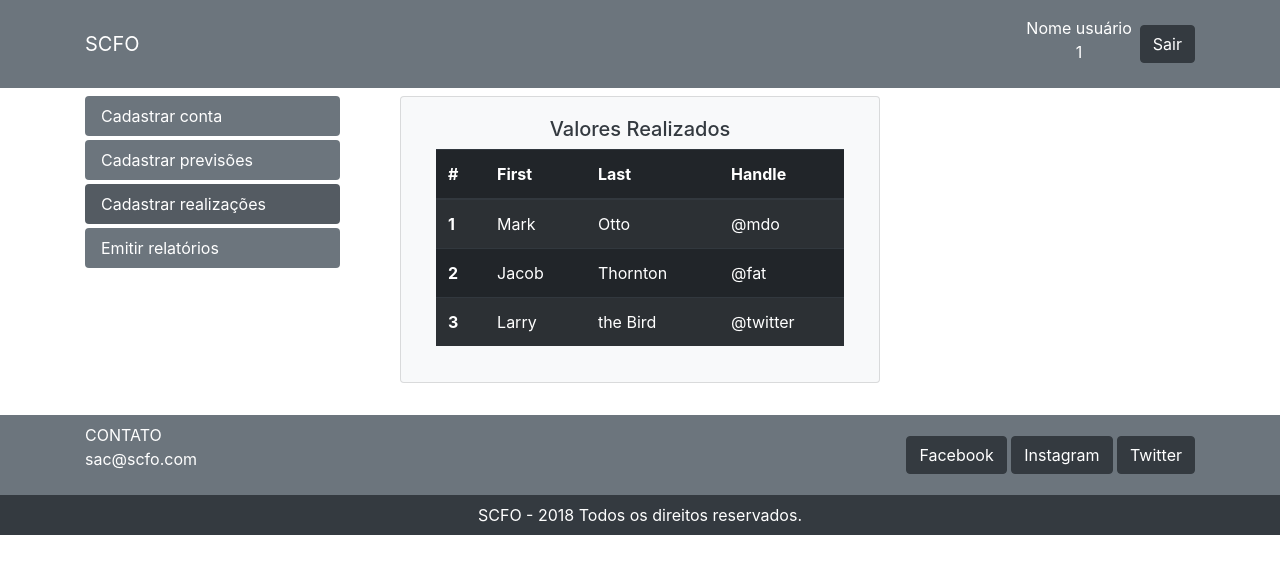
Repository: MaickSilva/scfoheroku
Page: http://localhost/Relatorio.php
The author's editor kept a record of every edit. The page is drawn from the files as they stood at one moment, then again after the next edit.
The browser window is 1280 px wide. The pictures show the whole page.
Some web libraries are served in a nearby version. The page is run by PHP 8.4 with error messages shown; the project is at /var/www/html/. The session is filled in as if someone had signed in: {"UsuarioLog": true, "cpf": 1, "senha": 1}. Other server files are loaded and not shown.

Above is the page before.

### workspace/Relatorio.php
<?php include "header.php" ?>
<?php
    session_start();
    if(!isset($_SESSION['UsuarioLog'])){
        header("Location: index.php");
        session_destroy();
    }

    if(isset($_GET['logout'])){
        session_destroy();
        header("Location: index.php");
    }
?>
    <?php include "navbarLogado.php" ?>

    <div class="container mb-3">
        <div class="row">
            <div class="col-12 col-sm-12 col-md-4 col-lg-3">
                <div class="nav flex-column nav-pills mt-2" id="v-pills-tab" role="tablist" aria-orientation="vertical">
                    <a href="cadastrarConta.php" class="nav-link btn-secondary" id="cadastroConta" role="tab" aria-controls="v-pills-home" aria-selected="false">Cadastrar conta</a>
                    <a href="cadastrarPrevisao.php" class="nav-link btn-secondary mt-1" id="v-pills-profile-tab" role="tab" aria-controls="v-pills-profile" aria-selected="false">Cadastrar previsões</a>
                    <a href="inserirValores.php" class="nav-link btn-secondary mt-1 active" id="inserirValores" role="tab" aria-controls="v-pills-valores" aria-selected="tru">Cadastrar realizações</a>
                    <a href="emitirRelatorio.php" class="nav-link btn-secondary mt-1" id="v-pills-settings-tab" role="tab" aria-controls="v-pills-settings" aria-selected="false">Emitir relatórios</a>
                </div>
            </div>
            <div class="col-12 col-sm-12 col-md-8 col-lg-6">
                <div class="card text-white bg-light mb-3 mt-2 mx-auto" style="max-width: 30rem;">
                    <div class="card-body">
                        <div class="container ">
                            <form class="mx-auto text-dark " style="width: auto;" "card-text">
                                <div class="container text-center">
                                    <h5>Valores Realizados</h5>
                                </div>

                                <table class="table table-striped table-dark">
                                    <thead>
                                        <tr>
                                          <th scope="col">#</th>
                                          <th scope="col">First</th>
                                          <th scope="col">Last</th>
                                          <th scope="col">Handle</th>
                                        </tr>
                                    </thead>
                                    <tbody>
                                        <tr>
                                          <th scope="row">1</th>
                                          <td>Mark</td>
                                          <td>Otto</td>
                                          <td>@mdo</td>
                                        </tr>
                                        <tr>
                                          <th scope="row">2</th>
                                          <td>Jacob</td>
                                          <td>Thornton</td>
                                          <td>@fat</td>
                                        </tr>
                                        <tr>
                                          <th scope="row">3</th>
                                          <td>Larry</td>
                                          <td>the Bird</td>
                                          <td>@twitter</td>
                                        </tr>
                                    </tbody>
                                    </table>
                            </form>
                        </div>
                    </div>
                </div>
            </div>
        </div>
    </div>


<?php include "footer.php" ?>

</body>
</html>

### workspace/header.php
<!DOCTYPE html>
<html lang="pt-br">

<head>
    <meta charset="utf-8">
    <meta http-equiv="X-UA-Compatible" content="IE=edge">
    <meta name="viewport" content="width=device-width, initial-scale=1">
    <title>Sistema de Controle Financeiro Orçamentário</title>

    <!-- Bootstrap CSS-->
    <link rel="stylesheet" href="css/bootstrap.min.css">
    <link rel="stylesheet" href="css/style.css">

    <link rel="stylesheet" href="https://use.fontawesome.com/releases/v5.0.12/css/all.css" integrity="sha384-G0fIWCsCzJIMAVNQPfjH08cyYaUtMwjJwqiRKxxE/rx96Uroj1BtIQ6MLJuheaO9" crossorigin="anonymous">

    <!-- Formatação de textos -->
    <script>
        function formatar(mascara, documento){
          var i = documento.value.length;
          var saida = mascara.substring(0,1);
          var texto = mascara.substring(i)

          if (texto.substring(0,1) != saida){
                    documento.value += texto.substring(0,1);
          }

        }
    </script>
</head>

<body>

### workspace/navbarLogado.php
<nav class="navbar navbar-expand-md navbar-dark bg-secondary ">
    <div class="container">
        <a class="navbar-brand " href="logado.php">SCFO</a>
        <form class="form-inline">
            <ul class="list-unstyled text-white text-center ml-2 mr-2 pt-2">
                <li>
                    <p class="mb-0 ">Nome usuário</p>
                </li>
                <li>
                    <?php
                    echo " ".$_SESSION['cpf']
                    ?>

                </li>
            </ul>
            <button type="button" class="btn btn-dark">Sair</button>
        </form>
    </div>
</nav>

### workspace/footer.php


    <footer class="container-fluid navbar navbar-expand-md navbar-dark bg-secondary">
        <div class="container text-white">
            <p>CONTATO<br>
            <span>sac@scfo.com</span></p>

          <nav class="float-right">
              <span>
                  <button class="btn btn-dark">Facebook</button>
                  <button class="btn btn-dark">Instagram</button>
                  <button class="btn btn-dark">Twitter</button>
              </span>
          </nav>
        </div>
    </footer>

    <div class="container-fluid bg-dark text-center text-white p-2">SCFO - 2018 Todos os direitos reservados.</div>

  <script src="js/jquery-3.3.1.slim.min.js"></script>
  <script src="js/popper.min.js"></script>
  <script src="js/bootstrap.min.js"></script>

Loaded but not shown: workspace/css/bootstrap.min.css (library); workspace/js/jquery-3.3.1.slim.min.js (library); workspace/js/popper.min.js (library); workspace/js/bootstrap.min.js (library); workspace/css/style.css (no stored copy; drawn as an empty file)

After the next edit:
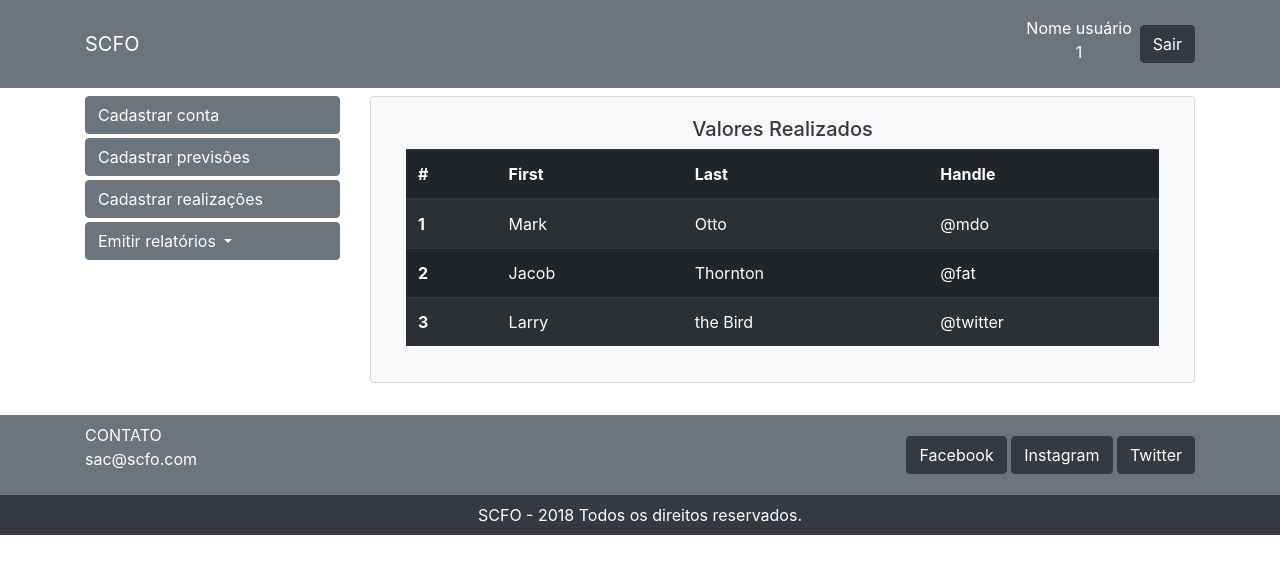
The edit:
--- a/workspace/Relatorio.php
+++ b/workspace/Relatorio.php
@@ -16,15 +16,24 @@
     <div class="container mb-3">
         <div class="row">
             <div class="col-12 col-sm-12 col-md-4 col-lg-3">
-                <div class="nav flex-column nav-pills mt-2" id="v-pills-tab" role="tablist" aria-orientation="vertical">
-                    <a href="cadastrarConta.php" class="nav-link btn-secondary" id="cadastroConta" role="tab" aria-controls="v-pills-home" aria-selected="false">Cadastrar conta</a>
-                    <a href="cadastrarPrevisao.php" class="nav-link btn-secondary mt-1" id="v-pills-profile-tab" role="tab" aria-controls="v-pills-profile" aria-selected="false">Cadastrar previsões</a>
-                    <a href="inserirValores.php" class="nav-link btn-secondary mt-1 active" id="inserirValores" role="tab" aria-controls="v-pills-valores" aria-selected="tru">Cadastrar realizações</a>
-                    <a href="emitirRelatorio.php" class="nav-link btn-secondary mt-1" id="v-pills-settings-tab" role="tab" aria-controls="v-pills-settings" aria-selected="false">Emitir relatórios</a>
+                    <div class="nav flex-column nav-pills mt-2" id="v-pills-tab" role="tablist" aria-orientation="vertical">
+                        <a href="cadastrarConta.php" class="btn btn-secondary text-left" id="cadastroConta" role="tab" aria-controls="v-pills-home" aria-selected="false">Cadastrar conta</a>
+                        <a href="cadastrarPrevisao.php" class="btn btn-secondary mt-1 text-left" id="v-pills-profile-tab" role="tab" aria-controls="v-pills-profile" aria-selected="false">Cadastrar previsões</a>
+                        <a href="inserirValores.php" class="btn btn-secondary mt-1 text-left" id="inserirValores" role="tab" aria-controls="v-pills-valores" aria-selected="false">Cadastrar realizações</a>
+                        <a class="dropdown">
+                          <a class="btn btn-secondary dropdown-toggle mt-1 text-white text-left" id="dropdownMenuLink" aria-controls="v-pills-valores" role="tab" data-toggle="dropdown" aria-haspopup="true" aria-expanded="false">
+                            Emitir relatórios
+                          </a>
+                          <div class="dropdown-menu" aria-labelledby="dropdownMenuLink">
+                            <a class="dropdown-item" href="Relatorio.php">Relatorio 1</a>
+                            <a class="dropdown-item" href="#">Relatorio 2</a>
+                            <a class="dropdown-item" href="#">Relatorio 3</a>
+                          </div>
+                        </a>
+                    </div>
                 </div>
-            </div>
-            <div class="col-12 col-sm-12 col-md-8 col-lg-6">
-                <div class="card text-white bg-light mb-3 mt-2 mx-auto" style="max-width: 30rem;">
+            <div class="col-12 col-sm-12 col-md-8 col-lg-9">
+                <div class="card text-white bg-light mb-3 mt-2 mx-auto" style="max-width: 55rem;">
                     <div class="card-body">
                         <div class="container ">
                             <form class="mx-auto text-dark " style="width: auto;" "card-text">
